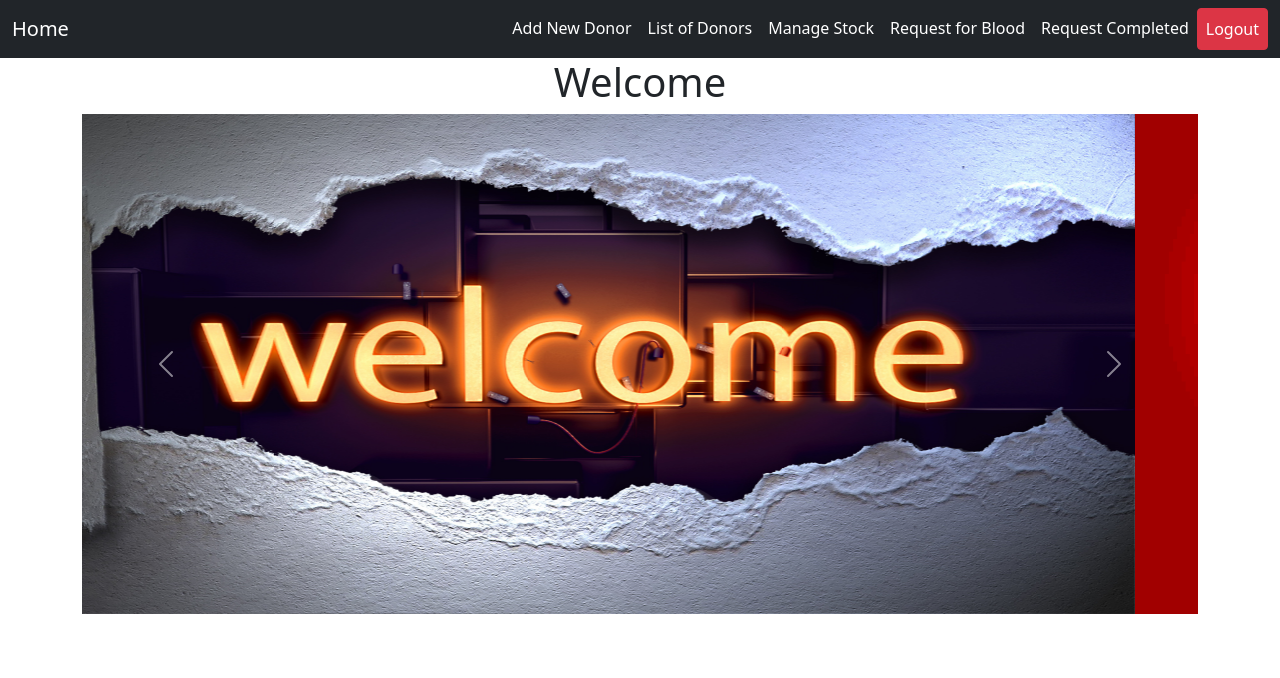
Repository: kshitizJ/Blood-Bank-Management-System-in-jsp
Page: http://localhost/Blood_Bank_Management_System/home.jsp
An editor plug-in stored every save of this project. The page is shown before and after the next save, followed by the edit.
The browser window is 1280 px wide. The pictures show the whole page.
The page is served by Tomcat 9. Other server files are loaded and not shown.

Above is the page before, as saved 2021-04-28 14:16:18.

### Blood Bank Management System/WebContent/home.jsp
<%@include file="header.html"%>
<!DOCTYPE html>
<html lang="en">

<head>
<meta charset="UTF-8">
<meta http-equiv="X-UA-Compatible" content="IE=edge">
<meta name="viewport" content="width=device-width, initial-scale=1.0">
</head>

<body>
	<div class="container">
        <div class="row">
            <div class="col-12"><h1 class="text-center">Welcome</h1></div>
            <div class="col-12">
                <div id="carouselExampleControls" class="carousel slide" data-bs-ride="carousel">
                    <div class="carousel-inner">
                        <div class="carousel-item active">
                            <img src="welcome.jpg" class="d-block w-100" alt="...">
                        </div>
                        <div class="carousel-item">
                            <img src="slide1.jpg" class="d-block w-100" alt="...">
                        </div>
                        <div class="carousel-item">
                            <img src="slide2.png" class="d-block w-100" alt="...">
                        </div>
                    </div>
                    <button class="carousel-control-prev" type="button" data-bs-target="#carouselExampleControls" data-bs-slide="prev">
                        <span class="carousel-control-prev-icon" aria-hidden="true"></span>
                        <span class="visually-hidden">Previous</span>
                    </button>
                    <button class="carousel-control-next" type="button" data-bs-target="#carouselExampleControls" data-bs-slide="next">
                        <span class="carousel-control-next-icon" aria-hidden="true"></span>
                        <span class="visually-hidden">Next</span>
                    </button>
                </div>
            </div>
        </div>
	</div>
</body>
</html>

### Blood Bank Management System/WebContent/header.html
<!DOCTYPE html>
<html lang="en">
<head>
<meta charset="UTF-8">
<meta http-equiv="X-UA-Compatible" content="IE=edge">
<meta name="viewport" content="width=device-width, initial-scale=1.0">
<title>Admin Panel</title>
<link
	href="https://cdn.jsdelivr.net/npm/bootstrap@5.0.0-beta3/dist/css/bootstrap.min.css"
	rel="stylesheet"
	integrity="sha384-eOJMYsd53ii+scO/bJGFsiCZc+5NDVN2yr8+0RDqr0Ql0h+rP48ckxlpbzKgwra6"
	crossorigin="anonymous">
<link rel="stylesheet" href="style.css" type="text/css" media="screen">
</head>
<body>
	<nav class="navbar sticky-top navbar-expand-lg navbar-dark bg-dark">
		<div class="container-fluid">
			<a class="navbar-brand" href="home.jsp">Home</a>
			<button class="navbar-toggler" type="button"
				data-bs-toggle="collapse" data-bs-target="#navbarNav"
				aria-controls="navbarNav" aria-expanded="false"
				aria-label="Toggle navigation">
				<span class="navbar-toggler-icon"></span>
			</button>
			<div class="collapse navbar-collapse justify-content-end"
				id="navbarNav">
				<ul class="navbar-nav ">
					<li class="nav-item"><a class="nav-link text-white"
						href="addNewDonor.jsp">Add New Donor</a></li>
					<li class="nav-item"><a class="nav-link text-white"
						href="editDeleteList.jsp">List of Donors</a></li>
					<li class="nav-item"><a class="nav-link text-white"
						href="manageStock.jsp">Manage Stock</a></li>
					<li class="nav-item"><a class="nav-link text-white"
						href="requestForBlood.jsp">Request for Blood</a></li>
					<li class="nav-item"><a class="nav-link text-white"
						href="requestCompleted.jsp">Request Completed</a></li>
					<li class="nav-item"><a class="nav-link text-white btn btn-danger"
						href="adminLogin.jsp">Logout</a></li>
				</ul>
			</div>
		</div>
	</nav>
</body>
<script
	src="https://cdn.jsdelivr.net/npm/bootstrap@5.0.0-beta3/dist/js/bootstrap.bundle.min.js"
	integrity="sha384-JEW9xMcG8R+pH31jmWH6WWP0WintQrMb4s7ZOdauHnUtxwoG2vI5DkLtS3qm9Ekf"
	crossorigin="anonymous"></script>

</html>

### Blood Bank Management System/WebContent/style.css
img {
	width: 100%;
	height: 500px;
}

.logo {
	width: 100px;
	height: 60px;
}

container-fluid {
	padding: 0;
}

After the next save:
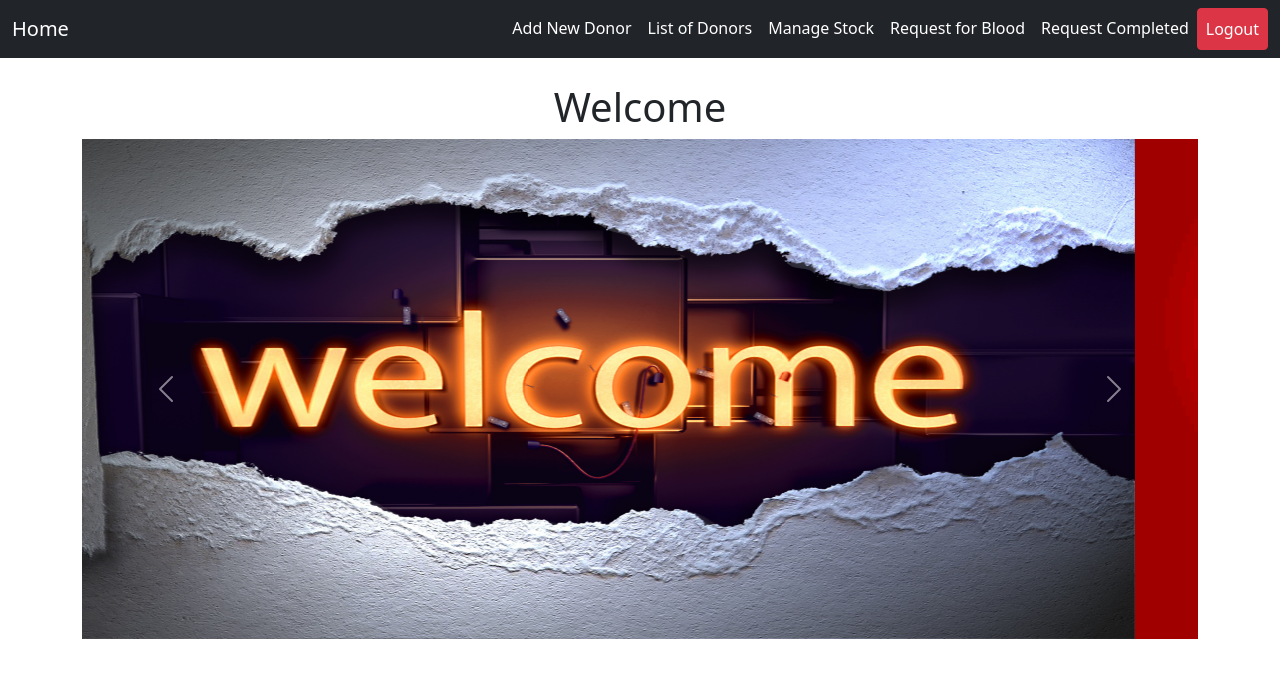
Saved 35 s later.
--- a/Blood Bank Management System/WebContent/home.jsp
+++ b/Blood Bank Management System/WebContent/home.jsp
@@ -3,9 +3,11 @@
 <html lang="en">
 
 <head>
-<meta charset="UTF-8">
-<meta http-equiv="X-UA-Compatible" content="IE=edge">
-<meta name="viewport" content="width=device-width, initial-scale=1.0">
+<style>
+.container {
+	margin-top:25px;
+}
+</style>
 </head>
 
 <body>
